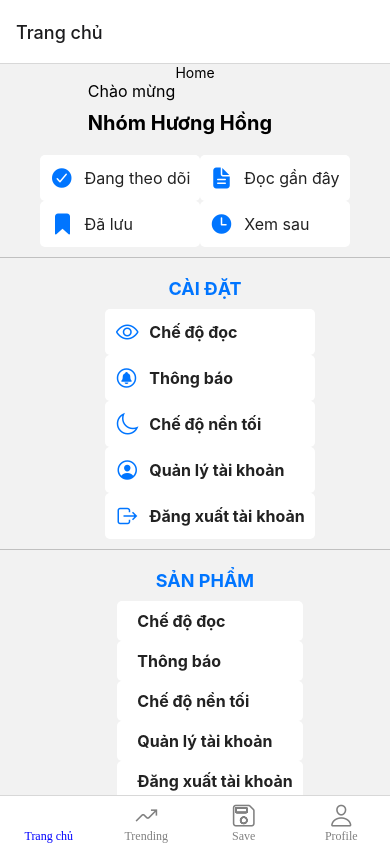
Repository: Quynhhuong150322/New_Daily
Screen: /BottomTab
An editor plug-in stored every save of this project. The screen is shown before and after the next save, followed by the edit.
An inner scrolling area shows only its first screen. The app was drawn by React Native's web renderer in a window 390 px wide. The project was rebuilt for these pictures with package versions that can differ from the ones it lists, and the page was loaded fresh each time. Also part of the build but not shown: firebase.js, screens/Login.js, screens/Signup.js, screens/Trending.js, screens/Save.js, screens/Profile.js, screens/Setting.js, screens/Dark_Mode.js and 1 more.

Above is the screen before, as saved 2023-12-20 02:59:44.

After the next save:
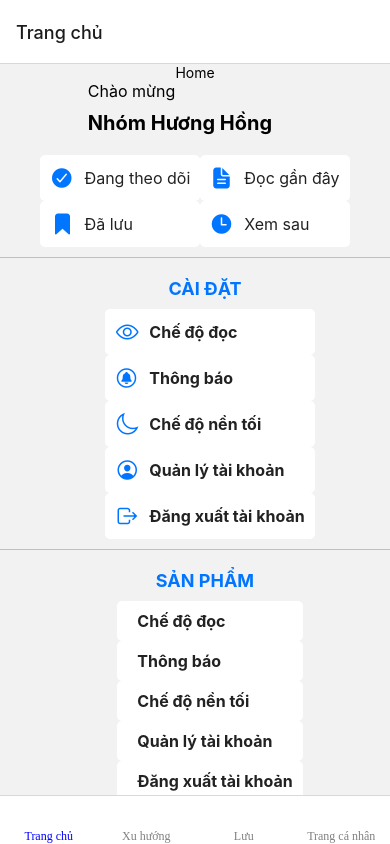
Saved 51 s later.
--- a/screens/BottomTab.js
+++ b/screens/BottomTab.js
@@ -38,9 +38,9 @@
         }}
         >
         <Tab.Screen name="Trang chủ" component={Home} />
-        <Tab.Screen name="Trending" component={Trending} />
-        <Tab.Screen name="Save" component={Save} />
-        <Tab.Screen name="Profile" component={Profile} />
+        <Tab.Screen name="Xu hướng" component={Trending} />
+        <Tab.Screen name="Lưu" component={Save} />
+        <Tab.Screen name="Trang cá nhân" component={Profile} />
         </Tab.Navigator>
     );
 }
